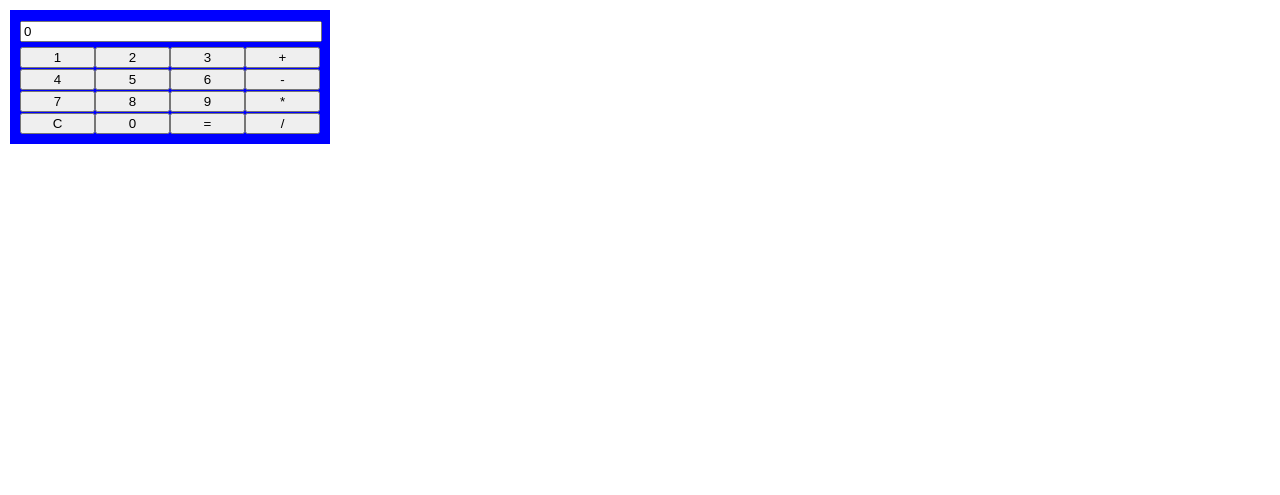
Repository: qudos4real/calculator
Page: /
These files come from the project's save history. The page is drawn as it stood at one moment and after the next save; the edit follows.
The browser window is 1280 px wide. The pictures show the whole page.
The project was rebuilt for these pictures with package versions that can differ from the ones it lists, and the page was loaded fresh each time.

Above is the page before, as saved 2022-10-09 13:08:58.

### src/index.css
body {
  margin: 0;
  font-family: -apple-system, BlinkMacSystemFont, 'Segoe UI', 'Roboto', 'Oxygen',
    'Ubuntu', 'Cantarell', 'Fira Sans', 'Droid Sans', 'Helvetica Neue',
    sans-serif;
  -webkit-font-smoothing: antialiased;
  -moz-osx-font-smoothing: grayscale;
}

code {
  font-family: source-code-pro, Menlo, Monaco, Consolas, 'Courier New',
    monospace;
}
   border: 10px solid black;

### src/App.js
import Buttons from "./components/Calculator";




function App() {
  return (
    <>
         <Buttons />
    </>
  );
}

export default App;

### src/components/Calculator.js
import React from "react";
import "./Calculator.css";
import { useState } from "react";

const numbers = [
  [1, 2, 3, "+"],
  [4, 5, 6, "-"],
  [7, 8, 9, "*"],
  ["C", 0, "=", "/"],
];

function Buttons() {
  const [val, setVal] = useState(0);

  const clearVal = () => {
    try {
      setVal(val.slice(0, -1));
    } catch (error) {
      setVal("");
    }
  };

  const equalTo = () => {
    try {
      setVal(eval(val));
    } catch (error) {
      setVal("Error");
    }
  };

  return (
    <div className="buttonWrapper">
      <input type="text" className="screen" value={val} onChange={(e) => setVal(e.target.value)} /> <br />
      {numbers.flat().map((num) => (
        <button
          className="num"
          key={num}
          value={num}
          onClick={
            num === "C"
              ? (e) => clearVal()
              : num === "="
              ? () => equalTo()
              : (e) => setVal(val + e.target.value)
          }
        >
          {num}
        </button>
      ))}
    </div>
  );
}

export default Buttons;

### src/components/Calculator.css
.buttonWrapper {
    width: 300px;
    padding: 10px;
    margin: 10px;
    background-color: blue;
}
.num {
    width: 25%;
}
.screen {
    width: 98%;
    margin-bottom: 0.25rem;
}

Loaded but not shown: public/index.html (common file); src/index.js (common file)

After the next save:
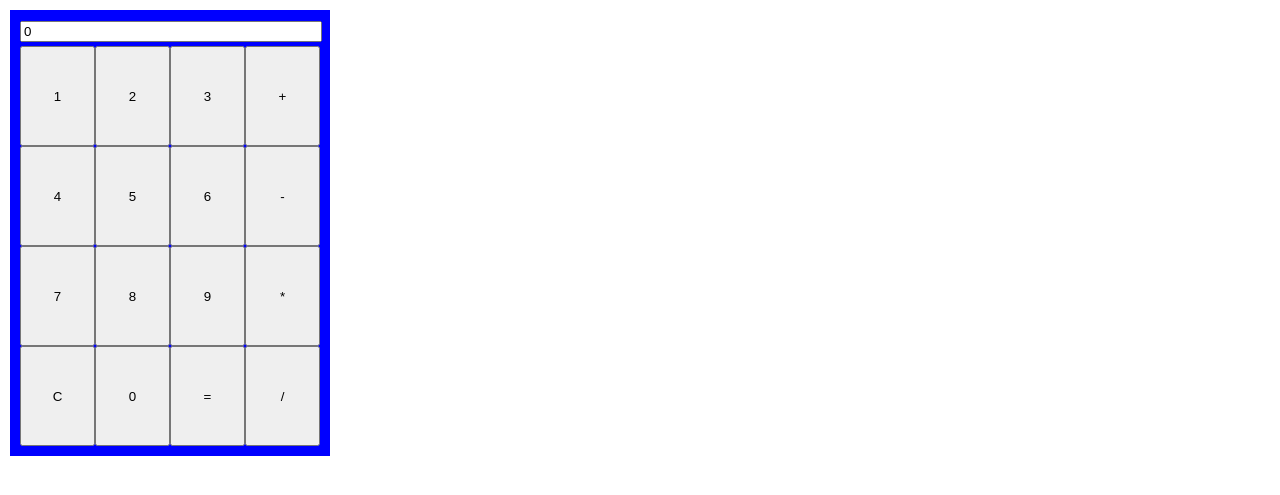
Saved 26 s later.
--- a/src/components/Calculator.css
+++ b/src/components/Calculator.css
@@ -6,6 +6,7 @@
 }
 .num {
     width: 25%;
+    height: 100px;
 }
 .screen {
     width: 98%;

After the save that followed:
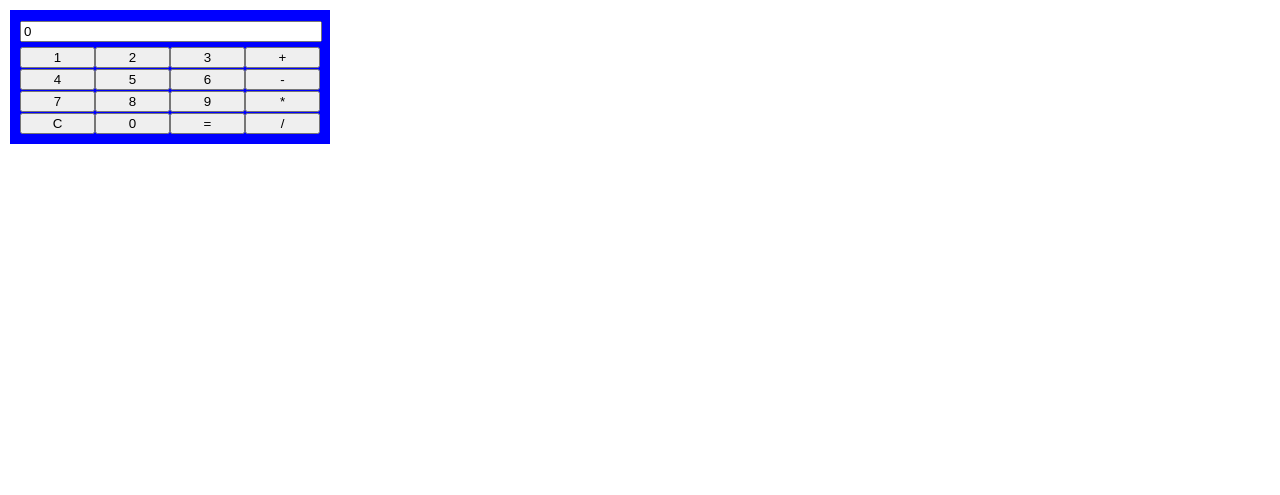
Saved 17 s later.
--- a/src/components/Calculator.css
+++ b/src/components/Calculator.css
@@ -6,7 +6,6 @@
 }
 .num {
     width: 25%;
-    height: 100px;
 }
 .screen {
     width: 98%;
